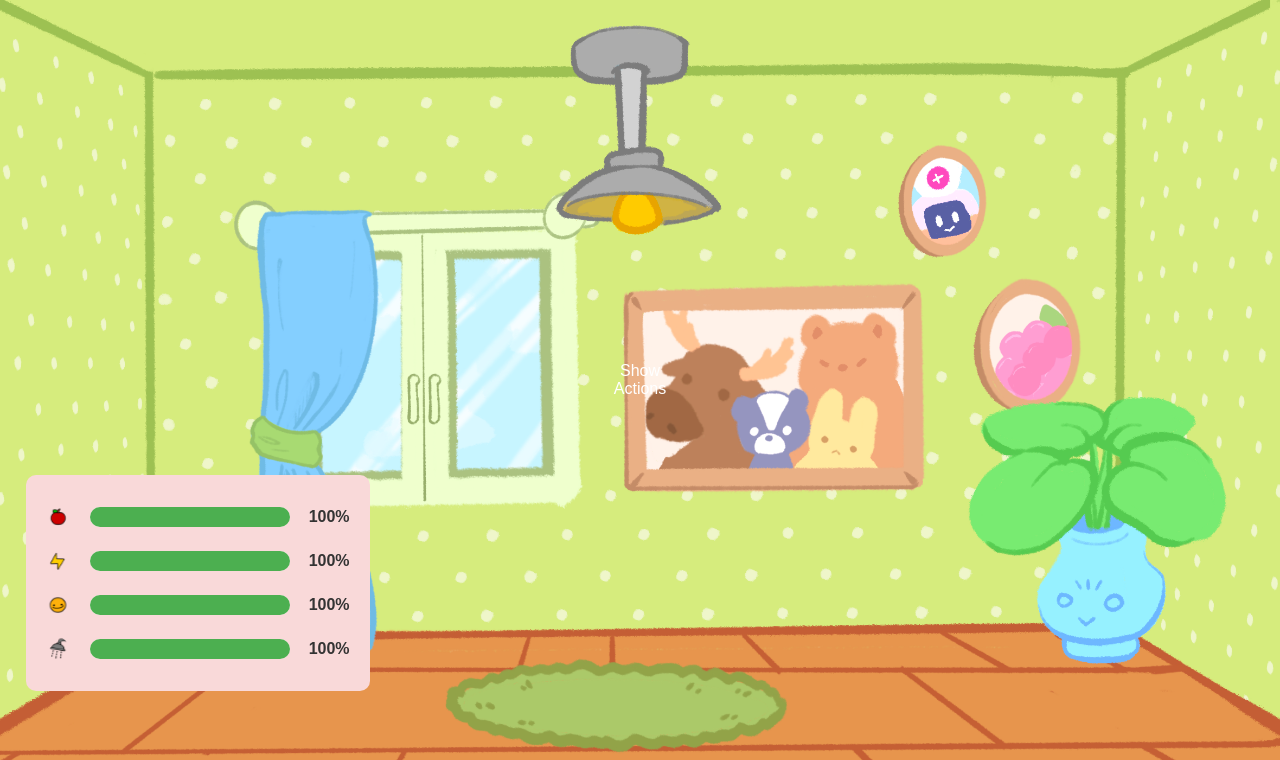
Repository: sarahjx/CapyCare
Page: html/statusbar.html
These files come from the project's save history. The page is drawn as it stood at one moment and after the next save; the edit follows.
The browser window is 1280 px wide. The pictures show the whole page.
Backgrounds fixed to the window are drawn as part of the page.

Above is the page before, as saved 2025-05-01 15:11:28.
Console error: TypeError: Cannot set properties of null (setting 'innerText')

### html/statusbar.html
<!-- @format -->

<!DOCTYPE html>
<html lang="en">
  <head>
    <meta charset="UTF-8" />
    <meta name="viewport" content="width=device-width, initial-scale=1.0" />
    <title>Virtual Pet Game</title>
    <link rel="stylesheet" href="../css/styles.css" />
    <link rel="stylesheet" href="../css/statusbar.css" />
  </head>
  <body>
    <!-- Toggle Button -->
    <button id="toggle-button" class="action-btn" onclick="toggleActions()">
      Show Actions
    </button>

    <!-- Action Buttons Column -->
    <div id="action-buttons-column" class="action-buttons hidden">
      <button class="action-btn" onclick="feedPet(currentPet)">Feed</button>
      <button class="action-btn" onclick="bathePet(currentPet)">Bathe</button>
      <button class="action-btn" onclick="bedtime(currentPet)">Sleep</button>
      <button class="action-btn" onclick="touchPet(currentPet)">Play</button>
      <button id="pauseButton" class="action-btn" onclick="togglePause()">
        Pause
      </button>
      <button id="close-button" class="action-btn" onclick="toggleActions()">
        Close
      </button>
    </div>

    <!-- Status Bar Container -->
    <div class="status-bar-container">
      <div class="status-row">
        <img src="../images/hunger.svg" alt="Hunger Icon" class="status-icon" />
        <div class="status-progress">
          <div class="status-fill" id="hunger-fill"></div>
        </div>
        <span class="status-value" id="hunger-value">100%</span>
      </div>
      <div class="status-row">
        <img src="../images/energy.svg" alt="Energy Icon" class="status-icon" />
        <div class="status-progress">
          <div class="status-fill" id="energy-fill"></div>
        </div>
        <span class="status-value" id="energy-value">100%</span>
      </div>
      <div class="status-row">
        <img
          src="../images/happiness.svg"
          alt="Happiness Icon"
          class="status-icon"
        />
        <div class="status-progress">
          <div class="status-fill" id="happiness-fill"></div>
        </div>
        <span class="status-value" id="happiness-value">100%</span>
      </div>
      <div class="status-row">
        <img
          src="../images/hygiene.svg"
          alt="Hygiene Icon"
          class="status-icon"
        />
        <div class="status-progress">
          <div class="status-fill" id="hygiene-fill"></div>
        </div>
        <span class="status-value" id="hygiene-value">100%</span>
      </div>
    </div>

    <!-- Game Over Screen -->
    <div id="gameOverScreen" class="game-over" style="display: none">
      <h2 id="gameOverMessage"></h2>
      <button onclick="resetGame()">Start New Game</button>
    </div>

    <script src="../backend/status.js"></script>
    <script>
      // Update bars in real-time
      function updateBars() {
        if (!isPaused) {
          document.getElementById("hunger-fill").style.width = `${hunger}%`;
          document.getElementById("energy-fill").style.width = `${energy}%`;
          document.getElementById(
            "happiness-fill"
          ).style.width = `${happiness}%`;
          document.getElementById("hygiene-fill").style.width = `${hygiene}%`;

          document.getElementById("hunger-value").textContent = `${Math.round(
            hunger
          )}%`;
          document.getElementById("energy-value").textContent = `${Math.round(
            energy
          )}%`;
          document.getElementById(
            "happiness-value"
          ).textContent = `${Math.round(happiness)}%`;
          document.getElementById("hygiene-value").textContent = `${Math.round(
            hygiene
          )}%`;
        }
      }

      // Update every second
      setInterval(updateBars, 1000);

      // Initial update
      updateBars();
    </script>
  </body>
</html>

### css/styles.css
:root {
    --primary-color: #F9D9D9;
    --secondary-color: #D9E7F9;
    --tertiary-color: #FFF1FB;
    --accent-color: #F7EFD7;
    --text-color: #333;
    --spacing-xs: 0.5rem;
    --spacing-sm: 0.75rem;
    --spacing-md: 1rem;
    --spacing-lg: 1.5rem;
    --spacing-xl: 2rem;
    --spacing-xxl: 3rem;
    --font-family: 'McLaren', sans-serif;
    --font-size-xs: 0.75rem;
    --font-size-sm: 0.875rem;
    --font-size-md: 1rem;
    --font-size-lg: 1.125rem;
    --font-size-xl: 1.25rem;
    --font-size-xxl: 1.5rem;
}

  /* landing page */
.landing-page {
    position: relative;
    width: 100vw;
    overflow: hidden;
    color: var(--secondary-color);
    font-family: var(--font-family);
}

.welcome-message {
    text-align: center;
    font-size: 4rem;
    color: var(--text-color);
    font-family: var(--font-family);
    background-color: var(--accent-color);
    border: 3px solid var(--secondary-color);
    padding: var(--spacing-md) var(--spacing-lg);
    border-radius: 12px;
    margin-bottom: var(--spacing-lg);
    box-shadow: 0 4px 10px rgba(0, 0, 0, 0.1);
}

.background {
    position: relative;
    top: 0;
    left: 0;
    width: 100%;
    height: 100%;
    z-index: -1;
}

.background img {
    width: 100%;
    height: 100%;
    object-fit: cover;
    object-position: center top;
}

  /* Button container */
.button-container {
    position: absolute;
    top: 0;
    left: 0;
    width: 100%;
    height: 100%;
    display: flex;
    flex-direction: column;
    align-items: center;
    justify-content: center;
    padding-top: 45vh;
}

  /* Button styles */
.png-button {
    border: none;
    background: transparent;
    padding: 0;
    cursor: pointer;
    transform: translateY(0);
    transition: transform 0.2s ease;
    z-index: 2;
}

.png-button img {
    width: 530px;
    height: auto;
    display: block;
}

.png-button:hover img {
    transform: scale(1.05);
}

.png-button:active img {
    transform: scale(0.98);
}


/* pet page */

body {
    font-family: Arial, sans-serif;
    display: flex;
    justify-content: center;
    align-items: center;
    height: 100vh;
    background-color: #f0f0f0;
    margin: 0;
}

/* Container for all content */
.container {
    text-align: center;
    background-color: #fff;
    border-radius: 10px;
    padding: 30px;
    box-shadow: 0 4px 6px rgba(0, 0, 0, 0.1);
    width: 350px;
    position: relative;
}

/* Button section above the status bars */
.buttons {
    display: flex;
    justify-content: space-around;
    margin-bottom: 20px;
}

/* Style for action buttons */
.action-btn {
    padding: 10px 20px;
    font-size: 16px;
    cursor: pointer;
    background-color: var(--button-color);
    color: white;
    border: none;
    border-radius: 5px;
}

.action-btn:hover {
    background-color: #45a049;
}

/* Status bar section at the bottom of the container */
.status-bar {
    position: absolute;
    bottom: 0;
    width: 100%;
}

/* Individual rows containing icons and bars */
.status-row {
    display: flex;
    align-items: center;
    margin: 10px 0;
}

/* Status icon (SVG) */
.status-icon {
    width: 30px;
    height: 30px;
    margin-right: 10px;
}

/* Status bars */
.bar {
    width: 0;
    height: 20px;
    background-color: var(--primary-color);
    border-radius: 5px;
    transition: width 0.5s ease-in-out;
}

### css/statusbar.css
/** @format */

:root {
  --primary-color: #f9d9d9;
  --secondary-color: #d9e7f9;
  --tertiary-color: #fff1fb;
  --accent-color: #f7efd7;
  --text-color: #333;
  --spacing-xs: 0.5rem;
  --spacing-sm: 0.75rem;
  --spacing-md: 1rem;
  --spacing-lg: 1.5rem;
  --spacing-xl: 2rem;
  --spacing-xxl: 3rem;
  --font-family: "McLaren", sans-serif;
  --font-size-xs: 0.75rem;
  --font-size-sm: 0.875rem;
  --font-size-md: 1rem;
  --font-size-lg: 1.125rem;
  --font-size-xl: 1.25rem;
  --font-size-xxl: 1.5rem;
}

body {
  font-family: var(--font-family);
  margin: 0 auto;
  padding: 20px;
  background-image: url("../images/LightsOn.PNG");
  background-size: cover;
  background-repeat: no-repeat;
  background-attachment: fixed;
  background-position: center;
  transition: background-image 0.3s ease;
}

body.lights-off {
  background-image: url("../images/LightsOff.PNG");
}

.pet-container {
  display: flex;
  flex-direction: column;
  align-items: center;
  justify-content: center;
}

.pet-image {
  transform: scale(0.3);
  position: fixed;
  margin-top: 1200px;
}

.status-bar-container {
  position: fixed;
  background-color: var(--primary-color);
  padding: 20px;
  border-radius: 10px;
  display: inline-flex;
  flex-direction: column;
  bottom: 4%;
  left: 2%;
}

.status-icon-container {
  display: flex;
  align-items: center;
  margin-bottom: 0;
}

.hunger-icon,
.energy-icon,
.happiness-icon,
.hygiene-icon {
  width: 10px;
  height: auto;
  margin-right: 30px;
}

.status-bar {
  margin: 0;
}

.status-label {
  display: inline-block;
  width: 100px;
  font-weight: bold;
  margin: 0;
}

.status-progress {
  width: 200px;
  height: 20px;
  background-color: #ffffff;
  border-radius: 10px;
  overflow: hidden;
  position: relative;
}

.status-fill {
  height: 100%;
  width: 100%;
  position: absolute;
  left: 0;
  top: 0;
  background-color: #4caf50;
  transition: width 0.3s ease;
}

.status-row {
  display: flex;
  align-items: center;
  gap: 10px;
  margin-bottom: 10px;
}

.status-icon {
  width: 24px;
  height: 24px;
}

.status-value {
  min-width: 50px;
  text-align: right;
  font-weight: bold;
  color: #333;
}

.action-buttons {
  margin-top: 20px;
  display: inline-flex;
  flex-direction: column;
  padding: 20px;
  border-radius: 10px;
  gap: 15px;
  background-color: var(--primary-color);
  position: fixed;
  right: 2%;
  bottom: 4%;
}

button {
  padding: 10px;
  border: none;
  border-radius: 5px;
  background-color: #4caf50;
  color: white;
  cursor: pointer;
  transition: background-color 0.3s;
  width: 6rem;
  font-family: var(--font-family);
  font-weight: 7pt;
  font-size: var(--font-size-xl);
}

button:hover {
  background-color: #45a049;
}

.warning {
  color: #ff9800;
  font-weight: bold;
  margin-top: 5px;
}

.critical {
  color: #f44336;
  font-weight: bold;
  margin-top: 5px;
}

.hidden {
  display: none;
}

.game-over-overlay {
  position: fixed;
  top: 0;
  left: 0;
  right: 0;
  bottom: 0;
  width: 100%;
  height: 100%;
  background-color: rgba(0, 0, 0, 0.2);
  display: none;
  z-index: 1000;
  margin: 0;
  padding: 0;
}

.game-over-content {
  position: fixed;
  flex-direction: column;
  justify-content: center;
  align-items: center;
  left: 50%;
  top: 50%;
  transform: translate(-50%, -50%);
  padding: 50px;
  background-color: rgb(0, 0, 0);
  color: white;
  border-radius: 10px;
  z-index: 1001;
  min-width: 300px;
}

Loaded but not shown: backend/status.js (518 lines, source omitted)

After the next save:
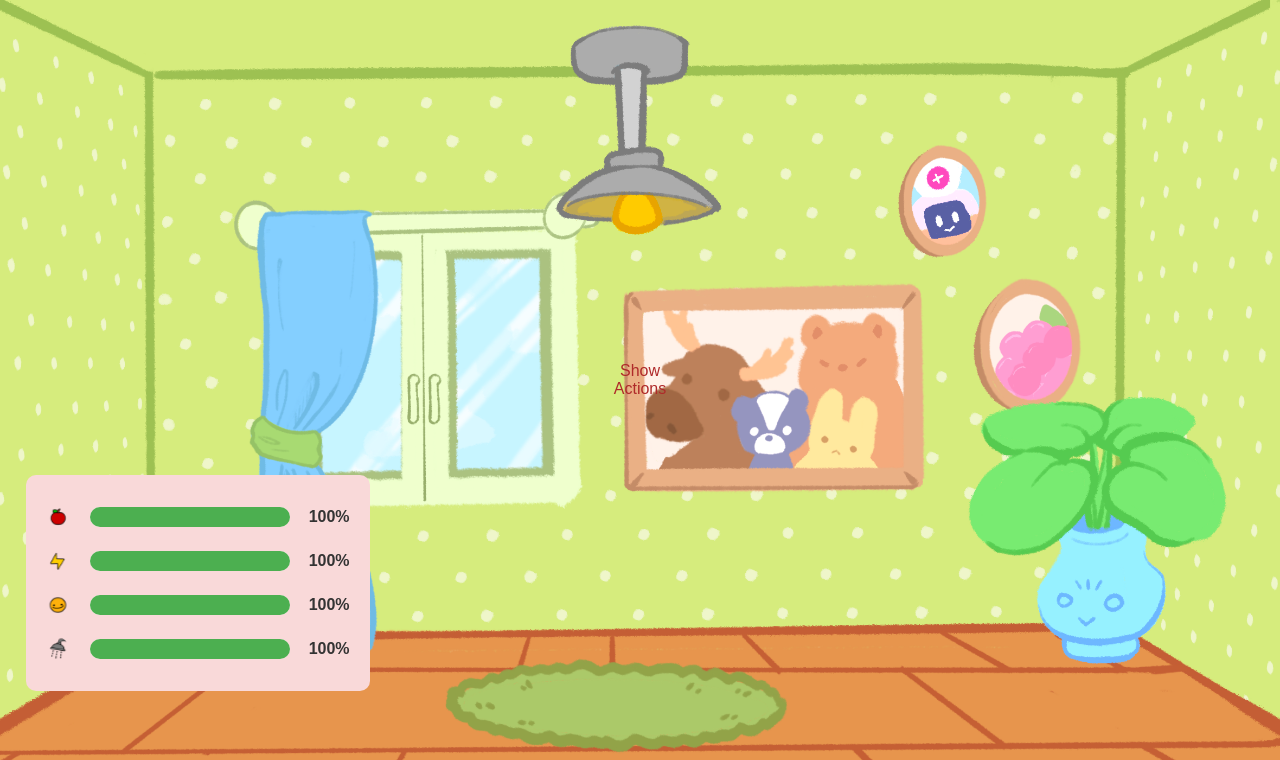
Saved 77 s later.
--- a/css/styles.css
+++ b/css/styles.css
@@ -133,7 +133,7 @@ body {
     font-size: 16px;
     cursor: pointer;
     background-color: var(--button-color);
-    color: white;
+    color: rgb(175, 42, 42);
     border: none;
     border-radius: 5px;
 }
